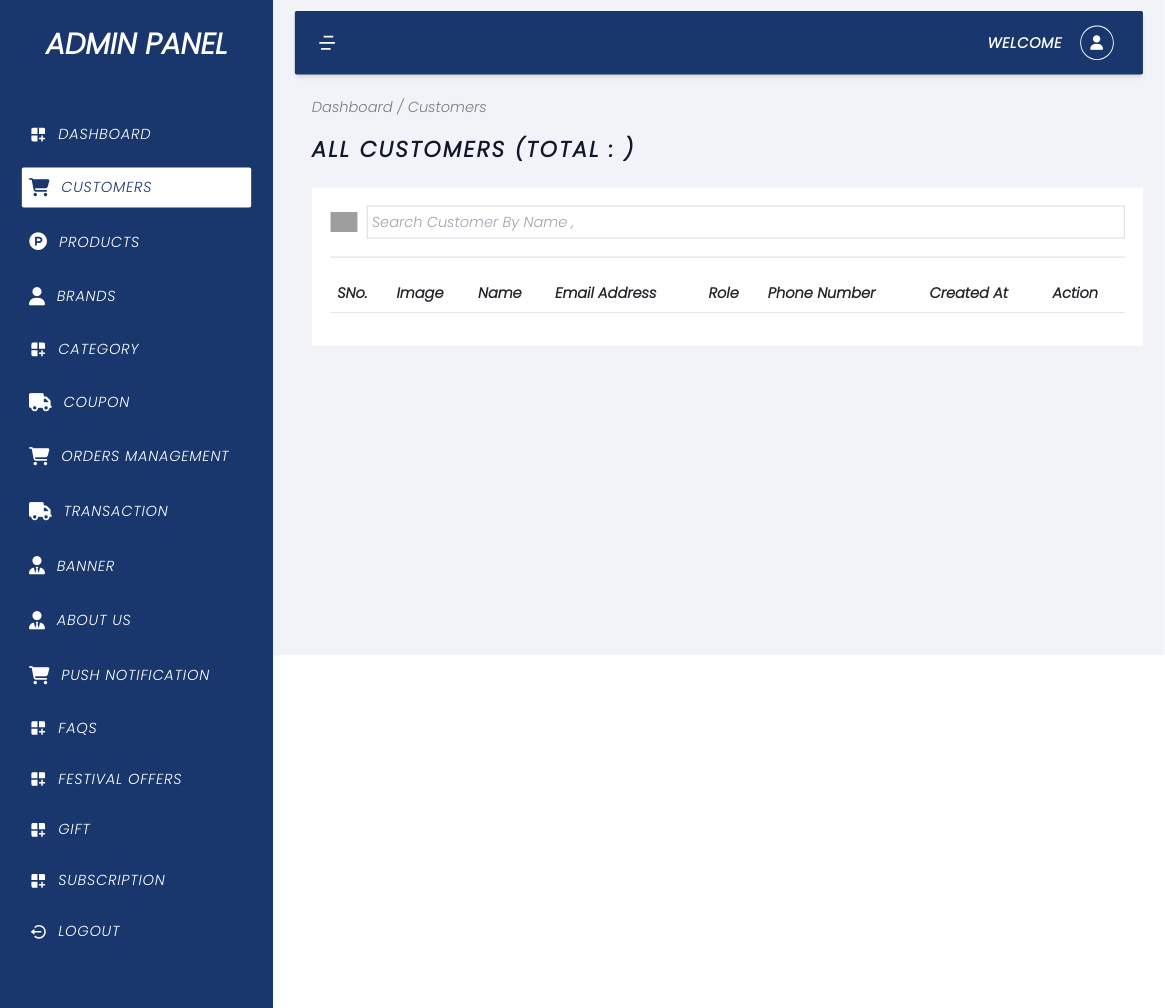
Repository: FlyweisReact/AnilAdminPanel
Page: /Customer
An editor plug-in stored every save of this project. The page is shown before and after a run of saves, followed by the edit.
The browser window is 1280 px wide. The pictures show the whole page, at 91% of full size.
Pictures or frames that could not be fetched are drawn as grey boxes. The page's requests for data from a server got no answer. Some web libraries are served in a nearby version. The project was rebuilt for these pictures with package versions that can differ from the ones it lists, and the page was loaded fresh each time. No one was signed in, and anything a server would have sent is missing. Also part of the build but not shown: src/E-CommerceAdmin/forms/Login.jsx, src/E-CommerceAdmin/pages/ECategory.js, src/E-CommerceAdmin/pages/EProduct.js, src/E-CommerceAdmin/pages/EAdminOrders.js, src/E-CommerceAdmin/pages/EAdminDelivery.js, src/E-CommerceAdmin/pages/EAdmin.js, src/E-CommerceAdmin/pages/ESubCategory.js, src/E-CommerceAdmin/pages/PushNotification.js and 6 more.

Above is the page before, as saved 2023-05-04 14:50:27.

### public/index.html
<!-- @format -->

<!DOCTYPE html>
<html lang="en">
  <head>
    <meta charset="utf-8" />
    <meta name="viewport" content="width=device-width, initial-scale=1" />
    <meta name="theme-color" content="#000000" />
    <meta
      name="description"
      content="Web site created using create-react-app"
    />
    <link rel="apple-touch-icon" href="%PUBLIC_URL%/favicon.ico?v=2" />
    <link rel="manifest" href="%PUBLIC_URL%/manifest.json" />
    <link rel="preconnect" href="https://fonts.googleapis.com">
<link rel="preconnect" href="https://fonts.gstatic.com" crossorigin>
<link href="https://fonts.googleapis.com/css2?family=Roboto+Mono:ital,wght@1,300&display=swap" rel="stylesheet">
    <title>Anil Admin Panel</title>
  </head>
  <body>
    <noscript>You need to enable JavaScript to run this app.</noscript>
    <div id="root"></div>
    <script src="https://code.jquery.com/jquery-3.6.0.min.js"></script>
    <script src="https://kit.fontawesome.com/b533b351e4.js" crossorigin="anonymous"></script>
  </body>
</html>

### src/index.js
import React from "react";
import ReactDOM from "react-dom/client";
import "./index.css";
import App from "./App";
import { BrowserRouter } from "react-router-dom";
import 'bootstrap/dist/css/bootstrap.min.css'

const root = ReactDOM.createRoot(document.getElementById("root"));
root.render(
  <React.StrictMode>
    <BrowserRouter>
      <App />
    </BrowserRouter>
  </React.StrictMode>
);

### src/index.css
/** @format */

@tailwind base;
@tailwind components;
@tailwind utilities;

@import url("https://fonts.googleapis.com/css2?family=Roboto+Mono:ital,wght@1,300&display=swap");
@font-face {
  font-family: Roboto;
  src: url("./Fonts/Poppins-LightItalic.ttf");
}
body {
  margin: 0;
  font-family: Roboto !important;
  -webkit-font-smoothing: antialiased;
  -moz-osx-font-smoothing: grayscale;
}

code {
  font-family: Roboto !important;
}

html {
  font-family: Roboto !important;
}

::-webkit-scrollbar {
  width: 10px;
}
.fa-trash {
  color: red;
  cursor: pointer;
}

.iCOn {
  transition: 0.5s;
  box-shadow: none;
  transform: scale(1);
}
.cardDiv {
  cursor: pointer;
}

.cardDiv:hover .iCOn {
  box-shadow: rgba(0, 0, 0, 0.35) 0px 5px 15px;
  transform: scale(1.3);
}

/* Track */
::-webkit-scrollbar-track {
  background: #f1f1f1;
}

/* Handle */
::-webkit-scrollbar-thumb {
  background: #888;
}

/* Handle on hover */
::-webkit-scrollbar-thumb:hover {
  background: #555;
}
.profileImage {
  width: 100px;
}
.fa-eye {
  color: #029aff;
  cursor: pointer;
}
.fa-edit {
  cursor: pointer;
  color: blue;
}

.View {
  border: 1px solid black;
  width: 100%;
  padding: 10px;
}

.main-card--container {
  display: grid;
  grid-template-columns: repeat(3, minmax(300px, 500px));
  grid-gap: 50px;
  justify-content: space-around;
}
.card-container {
  margin: 25px 0 auto;
  box-shadow: rgba(0, 0, 0, 0.35) 0px 5px 15px;
  position: relative;
  display: grid;
  grid-template-columns: 1fr;
  justify-content: space-around;
  align-items: flex-start;
}

.gridCont{
  display: grid;
  grid-template-columns: auto auto auto;
  justify-content: space-evenly;
  gap: 20px;
}
.gridCont div img{
  width: 300px;
  height: 200px;
}
.gridCont div p{
  margin: 0;
}
.gridCont div{
  padding: 10px;
  box-shadow: rgba(0, 0, 0, 0.35) 0px 5px 15px;
}
.gridCont div .head{
  font-weight: bold;
}
.gridCont div button{
  width: 100%;
  margin-top: 10px;

  border-radius: 0px;
  margin-bottom: 10px;
}



.myEdit:focus {
  box-shadow: rgba(0, 0, 0, 0.35) 0px 5px 15px;
}

.AstroLogin {
  color: #fff;
  background-color: #2b7a8e;
  padding: 10px;
  width: 380px;
  text-align: center;
  font-size: 20px;
  background: linear-gradient(to left, #2b7a8e 50%, #fff 50%) right;
  background-size: 200%;
  transition: 0.5s ease-out;
  border: 1px solid #2b7a8e;
  margin-top: 10px;
  text-transform: uppercase;
}
.AstroLogin:hover {
  background-position: left;
  color: #2b7a8e;
}

.EcommerceAdminLogin {
  color: #fff;
  background-color: #19376d;
  padding: 10px;
  width: 380px;
  text-align: center;
  font-size: 20px;
  background: linear-gradient(to left, #19376d 50%, #fff 50%) right;
  background-size: 200%;
  transition: 0.5s ease-out;
  border: 1px solid #19376d;
  margin-top: 10px;
  text-transform: uppercase;
}

.EcommerceAdminLogin:hover {
  background-position: left;
  color: #19376d;
}
.EcommerceVendorLogin {
  color: #fff;
  background-color: #576cbc;
  padding: 10px;
  width: 380px;
  text-align: center;
  font-size: 20px;
  background: linear-gradient(to left, #576cbc 50%, #fff 50%) right;
  background-size: 200%;
  transition: 0.5s ease-out;
  border: 1px solid #576cbc;
  margin-top: 10px;
  text-transform: uppercase;
}

.EcommerceVendorLogin:hover {
  background-position: left;
  color: #576cbc;
}

.view {
  background-color: #2196f3;
  color: #fff;
  width: 50%;
  padding: 5px;
}

.two-sec {
  display: flex;
  justify-content: space-evenly;
  justify-content: space-evenly;
}
.two-sec .left {
  width: 60%;
  background-color: #f6f1ef;
  padding: 20px;
}
.two-sec .left .head {
  font-size: 25px;
  font-weight: bold;
}

.two-sec .right {
  width: 30%;
  background-color: #f6f1ef;
}

.searchDiv {
  width: 100%;
  display: flex;
  gap: 10px;
  border: 1px solid rgb(179, 179, 179);
  padding: 10px;
  margin-bottom: 20px;
  align-items: center;
}
.searchDiv input {
  width: 94%;
  outline: none;
  border: none;
}

.flexCont {
  display: flex;
  align-items: center;
  gap: 10px;
}
.flexCont img {
  width: 60px;
  background-color: #e9ecef;
}

.blockContent {
  display: block;
}
.blockContent p {
  margin: 0;
}

.checkBox {
  width: 50px;
  height: 25px;
  background-color: #e9ecef;
  border-radius: 50px;
  position: relative;
  cursor: pointer;
}
.checkBox span {
  width: 20px;
  height: 20px;
  border-radius: 100%;
  background-color: #fff;
  position: absolute;
  left: 5px;
  top: 2px;
}
.ActivecheckBox {
  width: 50px;
  height: 25px;
  background-color: #0d6efd;
  border-radius: 50px;
  position: relative;
  cursor: pointer;
}
.ActivecheckBox span {
  width: 20px;
  height: 20px;
  border-radius: 100%;
  background-color: #fff;
  position: absolute;
  right: 5px;
  top: 2px;
}

.fa-eye {
  color: #0cba73;
  background-color: #d6f8e8;
  width: 40px;
  text-align: center;
  height: 40px;
  display: flex;
  border-radius: 100%;
  justify-content: center;
  padding-top: 10px;
  transition: 0.5s;
}

.fa-pen-to-square {
  color: #f4c39c;
  background-color: #ffebdb;
  width: 40px;
  text-align: center;
  height: 40px;
  display: flex;
  border-radius: 100%;
  justify-content: center;
  padding-top: 10px;
  cursor: pointer;
  transition: 0.5s;
}
.fa-trash {
  color: #df939f;
  background-color: #ffe1e8;
  width: 40px;
  text-align: center;
  height: 40px;
  display: flex;
  border-radius: 100%;
  justify-content: center;
  padding-top: 10px;
  cursor: pointer;
  transition: 0.5s;
}
.fa-trash:hover {
  transform: scale(1.2);
}
.fa-eye:hover {
  transform: scale(1.2);
}
.fa-pen-to-square:hover {
  transform: scale(1.2);
}
.required {
  color: #e74260;
}

.headP {
  margin-left: 2%;
  color: #7b7c7d;
}
.filterBox {
  display: flex;
  align-items: center;
  gap: 10px;
  border-bottom: 1px solid #d4d7dc;
  padding-bottom: 20px;
  margin-bottom: 20px;
}
.filterBox img {
  width: 30px;
}
.filterBox input {
  width: 100%;
  border: 1px solid #d4d7dc;
  outline: none;
  padding: 5px;
  color: black;
}
.sectionCont {
  width: 98%;
  background-color: #fff;
  margin-left: 2%;
  padding: 20px;
}

.overFlowCont {
  width: 100%;
  overflow-x: auto;
}

.UserProfile {
  border: 1px solid #fff;
  padding: 10px;
  border-radius: 100%;
  transition: 0.5s;
  margin-left: 20px;
  cursor: pointer;
}

.UserProfile:hover {
  background-color: #fff;
  color: #000;
}

.submitBtn{
  border-radius: 0 !important;
  background-color: #19376d !important  ;

}

.pagination{
display: flex;
justify-content: center;
align-items: center;
gap: 10px;
margin-bottom: 20px;
}
.pagination button{
  border: 1px solid black;
  padding: 10px;
}

.activePage{
  background-color: #19376d;
  color: #fff;
  border: 1px solid #19376d  !important;
}

.active{
  background-color: #fff;
  color:#19376d !important
}
.prevBtn{
  background-color: #fff;
  color: #19376d;
  border: 1px solid #19376d  !important;
  transition: 0.5s;
}

.prevBtn:hover , .prevBtn:focus , .prevBtn:active{
  background-color: #19376d;
  color: #fff;
  border: 1px solid #19376d  !important;
}
.prevBtn{
  background-color: #fff;
  color: #19376d;
  border: 1px solid #19376d  !important;
  transition: 0.5s;
}

.prevBtn:hover , .prevBtn:focus , .prevBtn:active{
  background-color: #19376d;
  color: #fff;
  border: 1px solid #19376d  !important;
}

### src/App.js
/** @format */

import { Routes, Route } from "react-router-dom";
import { ToastContainer } from "react-toastify";
import "react-toastify/dist/ReactToastify.css";
import Login from "./E-CommerceAdmin/forms/Login";
import ECategory from "./E-CommerceAdmin/pages/ECategory";
import EProduct from "./E-CommerceAdmin/pages/EProduct";
import EAdminOrders from "./E-CommerceAdmin/pages/EAdminOrders";
import EAdminDelivery from "./E-CommerceAdmin/pages/EAdminDelivery";
import EAdminCustomer from "./E-CommerceAdmin/pages/EAdminCustomer";
import EAdmin from "./E-CommerceAdmin/pages/EAdmin";
import ESubCategory from "./E-CommerceAdmin/pages/ESubCategory";
import PushNotification from "./E-CommerceAdmin/pages/PushNotification";
import Transaction from "./E-CommerceAdmin/pages/Transaction";
import Banner from "./E-CommerceAdmin/pages/Banner";
import About from "./E-CommerceAdmin/pages/About";
import WholesOffer from "./E-CommerceAdmin/pages/WholesOffer";
import GiftBox from "./E-CommerceAdmin/pages/GiftBox";
import Subscription from "./E-CommerceAdmin/pages/Subscription";

function App() {
  return (
    <>
      <ToastContainer />

      <Routes>
        <Route path="/" element={<Login />} />
        <Route path="/Customer" element={<EAdminCustomer />} />
        <Route path="/Product" element={<EProduct />} />
        <Route path="/Brands" element={<EAdmin />} />
        <Route path="/Category" element={<ECategory />} />
        <Route path="/Coupon" element={<EAdminDelivery />} />
        <Route path="/Orders" element={<EAdminOrders />} />
        <Route path="/Transation" element={<Transaction />} />
        <Route path="/Banner" element={<Banner />} />
        <Route path="/About" element={<About />} />
        <Route path="/Notification" element={<PushNotification />} />
        <Route path="/Faqs" element={<ESubCategory />} />
        <Route path="/wholeSale" element={<WholesOffer />} />
        <Route path="/gift" element={<GiftBox />} />
        <Route path="/subs" element={<Subscription />} />
      </Routes>
    </>
  );
}

export default App;

### src/E-CommerceAdmin/layout/HOC.jsx
/** @format */

import React, { useState } from "react";
import Navbar from "./Navbar";
import Sidebar from "./Sidebar";

const HOC = (Wcomponenet) => {
  return function Component() {
    const [hamb, setHamb] = useState(false);
    return (
      <>
        <section className="flex overflow-x-hidden relative ">
          {/* Sidebar */}
          <div
            className={
              hamb
                ? " absolute top-0 z-30 md:w-auto shadow-md bg-slate-200  w-60 transition-all md:-left-full left duration-150  h-auto overflow-y-auto  left-0 "
                : " md:w-72 z-30 bg-slate-200  shadow-md  md:static absolute top-0 -left-full   transition-all duration-150  overflow-y-auto h-auto"
            }
            style={{ minWidth: "300px" }}
          >
            <Sidebar hamb={hamb} setHamb={setHamb} />
          </div>
          {/* Components & Navbar */}
          <div
            className={
              hamb
                ? " transition-all px-4 py-2  duration-150 w-full h-screen"
                : " w-full h-screen  px-4 py-2   z-50 transition-all duration-150 "
            }
            style={{backgroundColor : '#f2f3f8'}}
          >
            <Navbar hamb={hamb} setHamb={setHamb} />
            <div className="my-6 text-#000 h-[87%] wcomp overflow-y-auto">
              {" "}
              <Wcomponenet />
            </div>
          </div>
        </section>
      </>
    );
  };
};

export default HOC;

### src/E-CommerceAdmin/pages/Pagination.js
/** @format */

import { useEffect, useState } from "react";

export function Pagination(props) {
  const [currentPage2, setCurrentPage2] = useState(1);
  const [postPerPage2] = useState(5);
  const lastPostIndex2 = currentPage2 * postPerPage2;
  const firstPostIndex2 = lastPostIndex2 - postPerPage2;

  let pages2 = [];

  const TotolData = props.query
    ? props.data?.filter((i) =>
        i.name?.toLowerCase().includes(props.query?.toLowerCase())
      )
    : props.data;

  useEffect(() => {
    if (props.query) {
      setCurrentPage2(1);
    }
  }, [props.query]);

  const slicedData = TotolData?.slice(firstPostIndex2, lastPostIndex2);

  for (let i = 1; i <= Math.ceil(TotolData?.length / postPerPage2); i++) {
    pages2.push(i);
  }

  function Next() {
    setCurrentPage2(currentPage2 + 1);
  }

  function Prev() {
    if (currentPage2 !== 1) {
      setCurrentPage2(currentPage2 - 1);
    }
  }

  return <></>;
}

### src/E-CommerceAdmin/layout/Navbar.jsx
/** @format */

import { useState } from "react";
import { RiMenu4Line } from "react-icons/ri";
import { ProfileUpdate } from "../Modals/Modals";

const Navbar = ({ hamb, setHamb }) => {
  const [openProfile, setOpenProfile] = useState(false);

  return (
    <>
      <ProfileUpdate show={openProfile} onHide={() => setOpenProfile(false)} />

      <div
        className={
          hamb
            ? "flex  w-full justify-between  my-1 rounded-sm  p-4 py-3 shadow-md items-center  bg-slate-200 space-x-4"
            : "flex  w-full justify-between my-1 rounded-sm  p-4 py-3 shadow-md items-center  bg-slate-200 space-x-4"
        }
        style={{ backgroundColor: "#19376d" }}
      >
        <RiMenu4Line
          onClick={() => setHamb(!hamb)}
          className="text-2xl font-bold text-gray-900 hover:scale-90 cursor-pointer"
          style={{ color: "#fff" }}
        />

        <section className="flex sm:ml-auto justify-end sm:w-full items-center space-x-2  pr-2">
          <figcaption className="tracking-wider pl-1 font-semibold">
            <div
              className="lg:text-base text-sm text-gray-900  uppercase"
              style={{ color: "#fff" }}
            >
              Welcome
              <i
                className="fa-solid fa-user UserProfile"
                onClick={() => setOpenProfile(!openProfile)}
              ></i>
            </div>
          </figcaption>
        </section>
      </div>
    </>
  );
};

export default Navbar;

### src/E-CommerceAdmin/layout/Sidebar.jsx
/** @format */

import React from "react";
import { RiCloseLine } from "react-icons/ri";
import { Link, useLocation, useNavigate } from "react-router-dom";
import { BiLogOutCircle } from "react-icons/bi";
import { MdDashboardCustomize } from "react-icons/md";

const Sidebar = ({ hamb, setHamb }) => {
  const navigate = useNavigate();
  const location = useLocation();

  const nav = [
    {
      icon: <MdDashboardCustomize className="text-xl mr-3 rounded-full " />,
      link: "/E-Commerce/dashboard",
      name: "Dashboard",
    },

    {
      icon: (
        <i className="fa-solid fa-cart-shopping text-xl mr-3 rounded-full"></i>
      ),
      link: "/Customer",
      name: "Customers",
    },

    {
      icon: (
        <i className="fa-brands fa-product-hunt text-xl mr-3 rounded-full"></i>
      ),
      link: "/Product",
      name: "Products",
    },

    {
      icon: <i class="fa-solid fa-user text-xl mr-3 rounded-full"></i>,
      link: "/Brands",
      name: "Brands",
    },
    {
      icon: <MdDashboardCustomize className="text-xl mr-3 rounded-full " />,
      link: "/Category",
      name: "Category",
    },
    {
      icon: <i class="fa-solid fa-truck  text-xl mr-3 rounded-full"></i>,
      link: "/Coupon",
      name: "Coupon",
    },

    {
      icon: (
        <i className="fa-solid fa-cart-shopping text-xl mr-3 rounded-full"></i>
      ),
      link: "/Orders",
      name: "Orders Management",
    },
    {
      icon: <i class="fa-solid fa-truck  text-xl mr-3 rounded-full"></i>,
      link: "/Transation",
      name: "Transaction",
    },

    {
      icon: <i class="fa-solid fa-user-tie text-xl mr-3 rounded-full"></i>,
      link: "/Banner",
      name: "Banner",
    },
    {
      icon: <i class="fa-solid fa-user-tie text-xl mr-3 rounded-full"></i>,
      link: "/About",
      name: "About Us",
    },

    {
      icon: (
        <i className="fa-solid fa-cart-shopping text-xl mr-3 rounded-full"></i>
      ),
      link: "/Notification",
      name: "Push Notification",
    },

    {
      icon: <MdDashboardCustomize className="text-xl mr-3 rounded-full " />,
      link: "/Faqs",
      name: "FAQS",
    },
    {
      icon: <MdDashboardCustomize className="text-xl mr-3 rounded-full " />,
      link: "/wholeSale",
      name: "Festival Offers",
    },
    {
      icon: <MdDashboardCustomize className="text-xl mr-3 rounded-full " />,
      link: "/gift",
      name: "Gift ",
    },
    {
      icon: <MdDashboardCustomize className="text-xl mr-3 rounded-full " />,
      link: "/subs",
      name: "Subscription",
    },
  ];

  const logOut = () => {
    navigate("/");
  };

  return (
    <>
      <aside
        className="p-4 h-auto"
        style={{ backgroundColor: "#19376d", minHeight: "100vh" }}
      >
        {/* Top */}
        <div className="w-full md:hidden relative  p-2 mb-4">
          <RiCloseLine
            onClick={() => setHamb(!hamb)}
            className="text-3xl  absolute top-2 sm:hover:rotate-[228deg] transition-transform font-bold right-2 sm:hover:text-[22px] text-[rgb(241,146,46)] cursor-pointer"
          />
        </div>{" "}
        <figure className="flex  flex-col items-center">
          <span
            className="font-bold text-[#fff]"
            style={{
              fontSize: "2rem",
              textAlign: "center",
              textTransform: "uppercase",
            }}
          >
            ADMIN PANEL
          </span>
        </figure>
        <nav className="py-6">
          {nav.map((nav) => {
            return (
              <Link
                to={nav.link}
                key={nav.name}
                className=""
                style={{ textDecoration: "none", textTransform: "uppercase" }}
              >
                <span
                  className={
                    location.pathname === nav.link
                      ? "active flex my-3 items-center cursor-pointer text-gray-900    tracking-wider p-2 rounded-sm "
                      : "flex my-3 items-center cursor-pointer text-gray-900    tracking-wider p-2 rounded-sm "
                  }
                  style={{ color: "#FFF" }}
                >
                  {nav.icon} {nav.name}
                </span>
              </Link>
            );
          })}
          <span
            className="flex my-3 items-center cursor-pointer text-gray-900    tracking-wider p-2 rounded-sm"
            onClick={() => logOut()}
            style={{ color: "#FFF", textTransform: "uppercase" }}
          >
            <BiLogOutCircle className="text-xl mr-3 rounded-full " /> LogOut
          </span>
        </nav>
      </aside>
    </>
  );
};

export default Sidebar;

### src/E-CommerceAdmin/Modals/Modals.js
/** @format */

import { Button, Form, Modal } from "react-bootstrap";

export function ProfileUpdate(props) {
  return (
    <Modal
      {...props}
      size="lg"
      aria-labelledby="contained-modal-title-vcenter"
      centered
    >
      <Modal.Header closeButton>
        <Modal.Title id="contained-modal-title-vcenter">
          Update Profile
        </Modal.Title>
      </Modal.Header>
      <Modal.Body>
        <Form>
          <Form.Group className="mb-3">
            <Form.Label>Name</Form.Label>
            <Form.Control type="text" />
          </Form.Group>
          <Form.Group className="mb-3">
            <Form.Label>Email</Form.Label>
            <Form.Control type="email" />
          </Form.Group>
          <Form.Group className="mb-3">
            <Form.Label>Phone Number</Form.Label>
            <Form.Control type="tel" pattern="[0-9]{10}" />
          </Form.Group>
          <Form.Group className="mb-3">
            <Form.Label>Password</Form.Label>
            <Form.Control type="password" />
          </Form.Group>
          <Button className="submitBtn" >Submit</Button>
        </Form>
      </Modal.Body>
      <Modal.Footer></Modal.Footer>
    </Modal>
  );
}

Loaded but not shown: tailwind.config.js (common file); src/E-CommerceAdmin/pages/EAdminCustomer.js (120 lines, source omitted)

After the next 8 saves:
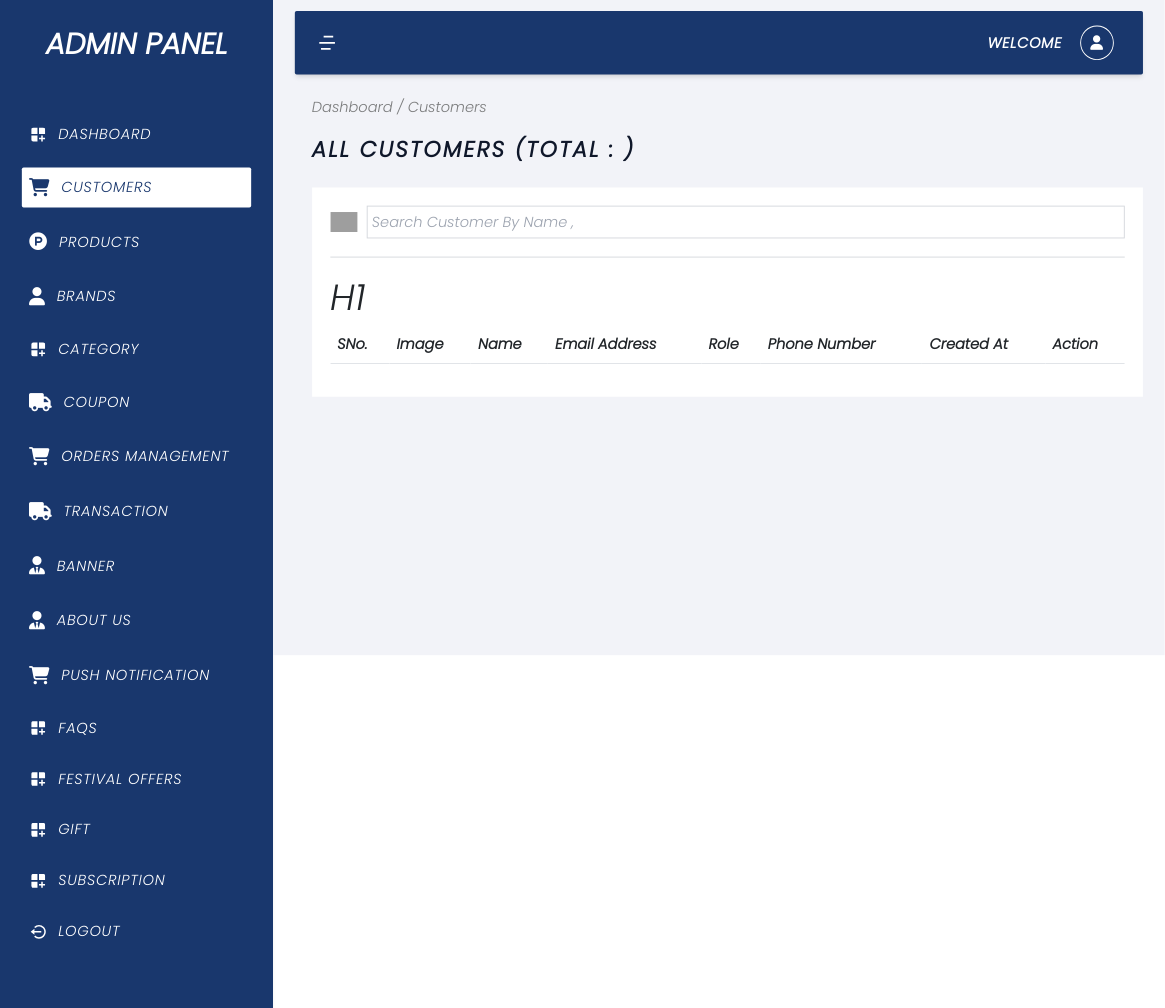
The 8 saves are shown as one change because 1 did not build or start and some came seconds apart.
The last was saved 34 s later.
--- a/src/E-CommerceAdmin/pages/Pagination.js
+++ b/src/E-CommerceAdmin/pages/Pagination.js
@@ -38,5 +38,8 @@
     }
   }
 
-  return <></>;
+
+  return (
+    <h1>H1</h1>
+ );
 }
